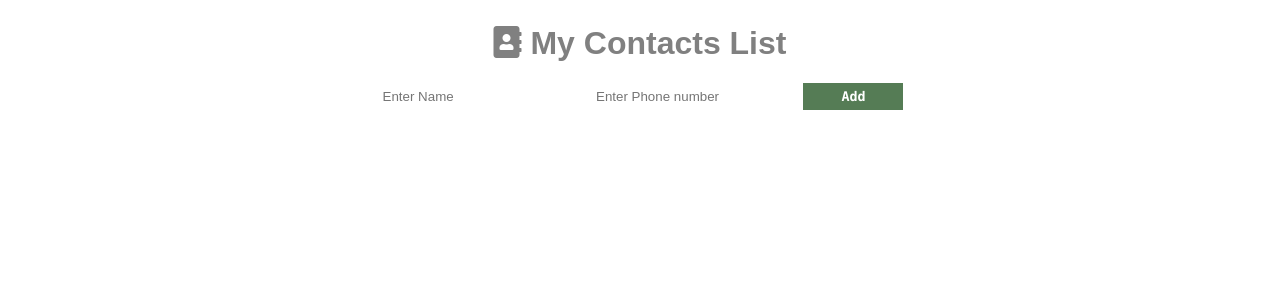
Repository: Sayan-100/Contact-List
Page: http://localhost/
These files come from the project's save history. The page is drawn as it stood at one moment and after the next save; the edit follows.
The browser window is 1280 px wide. The pictures show the whole page.
The pointer rests on the first visible `button`.
Some web libraries are served in a nearby version. The page is served by the project's Node server (index.js). Other server files are loaded and not shown. Queries for data that is not in the repository find no rows.

Above is the page before, as saved 2022-01-09 21:51:54.

### views/home.ejs
<html>

<head>
    <title>
        <%=locals.title%>
    </title>

    <link rel="stylesheet" href="https://use.fontawesome.com/releases/v5.5.0/css/all.css" integrity="sha384-B4dIYHKNBt8Bc12p+WXckhzcICo0wtJAoU8YZTY5qE0Id1GSseTk6S+L3BlXeVIU" crossorigin="anonymous">

    <!-- our css should below all the style so that we can override -->
    <link rel="stylesheet" href="/css/home.css">

</head>

<body>
    <h1 id="page-heading">
        <i class="fas fa-address-book "></i> My Contacts List
    </h1>
    <div id="contact-list-container">
        <ul>
            <% for(let i of contact_list) {%>
                <li class="contact">
                    <div class="details-name">
                        <p>
                            <%= i.name %>
                        </p>
                    </div>
                    <div class="details-contact-number delete-button">

                        <div>
                            <p>
                                <%= i.phone %>
                            </p>
                        </div>

                        <div>
                            <a href="/delete-contact/?id=<%=i._id%>">
                                <i class="fas fa-window-close"></i>
                            </a>
                        </div>
                    </div>
                </li>
                <% } %>
        </ul>
    </div>

    <form id="new-contact-form" action="/create_contact" method="POST">
        <input type="text" name="name" required placeholder="Enter Name">
        <input type="number" name="phone" required placeholder="Enter Phone number">

        <button type="submit">Add</button>

    </form>

    <script type="text/javascript" src="/js/home.js">
    </script>

</body>

</html>

### index.js
const express = require('express');
const path = require('path');
const port = 8000;

const db = require('./config/mongoose');
const Contact = require('./models/contact');

const app = express();


app.set('view engine', 'ejs');
app.set('views', path.join(__dirname, 'views'));
app.use(express.urlencoded());
app.use(express.static('assets'));

//middleware 1
// app.use(function(req, res, next) {
//     req.myName = "Sayan";
//     // console.log("middleware 1 called");
//     next();
// })

//middleware 2
// app.use(function(req, res, next) {
//     console.log('My name from middleware 2', req.myName);
//     next();
// })

// var contactList = [{
//         name: "Arapan sir",
//         phone: "1111111111"
//     },

//     {
//         name: "Coding Ninjas",
//         phone: "2111222222"
//     },

//     {
//         name: "Sayan",
//         phone: "4444444444"
//     }

// ];


app.get('/', function(req, res) {
    // console.log(__dirname);
    // res.send('<h1>cool, it is running or is it?</h1>');
    //return

    // console.log("from the get route", req.myName);

    Contact.find({}, function(err, contacts) {
        if (err) {
            console.log('Error in fetching contact list from db');
            return;
        }

        return res.render('home', {
            title: "My contacts list",
            contact_list: contacts
        });

    });


    // return res.render('home', {
    //     title: "My contacts list",
    //     contact_list: contactList
    // });

});

app.get('/practice', function(req, res) {
    return res.render('practice', {
        title: "Let us play with ejs"
    });
});

app.get('/delete-contact', function(req, res) {
    //console.log(req.query);
    //let phone = req.query.phone;
    let id = req.query.id;
    Contact.findByIdAndDelete(id, function(err) {
        if (err) {
            console.log('error in deleting a object form database');
            return;
        }

        return res.redirect('back');
    });
    // let contactIndex = contactList.findIndex(contact => contact.phone == phone);

    // if (contactIndex != -1) {
    //     contactList.splice(contactIndex, 1);
    // }

    // return res.redirect('back');
});

app.get('/', function(req, res) {

});


app.post('/create_contact', function(req, res) {
    // return res.redirect('/practice');
    // contactList.push({
    //     name: req.body.name,
    //     phone: req.body.phone
    // });
    // contactList.push(req.body);
    Contact.create({
        name: req.body.name,
        phone: req.body.phone
    }, function(err, newContact) {
        if (err) {
            console.log('error in creating a contact!');
            return;
        }

        console.log('*********', newContact);
        return res.redirect('back');

    });

    // return res.redirect('/');
    // return res.redirect('back');
});

app.listen(port, function(err) {

    if (err) {
        console.log('Error in running Server');
    }

    console.log('Yup. My express server is running on port', port);
});

### assets/css/home.css
    body {
        margin: 0;
        font-family: sans-serif;
        text-align: center;
    }

    #page-heading {
        text-align: center;
        margin-top: 25px;
        color: grey;
    }

    li {
        list-style: none;
        display: flex;
        justify-content: space-between;
        width: 90%;
        background-color: #FABB51;
        margin-bottom: 5px;
        font-weight: 600;
        overflow: hidden;
        color: white;
        font-family: monaco;
    }

    li:hover {
        background-color: #FFAB76;
    }

    input {
        margin-right: 20px;
        padding: 6px;
        border: none;
    }

    button {
        padding: 6px;
        width: 100px;
        background-color: #676FA3;
        font-family: monaco;
        font-weight: 600;
        color: white;
        border: none;
    }

    button:hover {
        background-color: #557C55
    }

    p {
        display: inline-block;
        padding-left: 2rem;
        padding-right: 5rem;
    }

    .details-contact-number {
        display: flex;
        justify-content: space-evenly;
    }

Loaded but not shown: assets/js/home.js (common file)

After the next save:
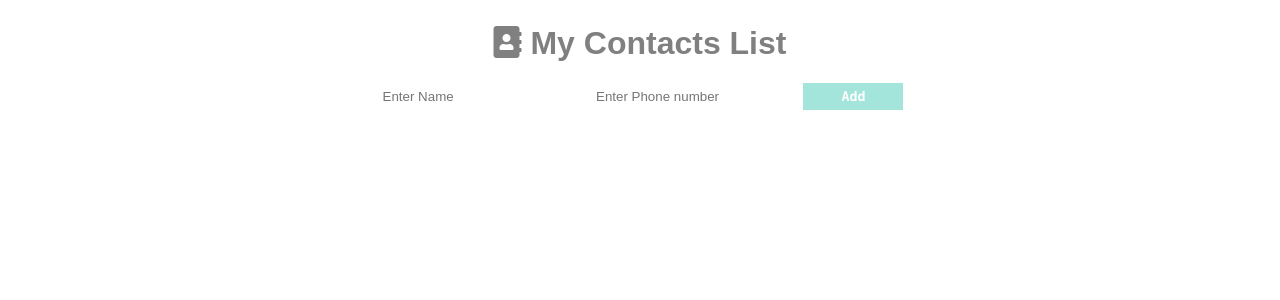
Saved 48 s later.
--- a/assets/css/home.css
+++ b/assets/css/home.css
@@ -44,7 +44,7 @@
     }
 
     button:hover {
-        background-color: #557C55
+        background-color: #A3E4DB
     }
 
     p {
